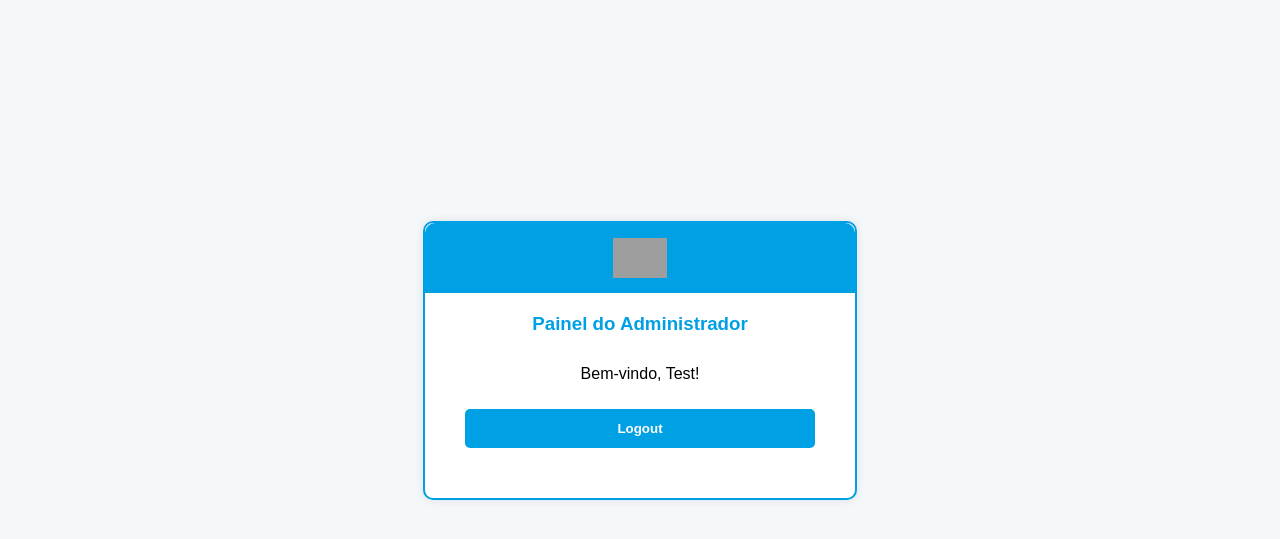
Repository: Guilherme-burle/Portal-do-Aluno-P2
Page: http://localhost/homeadm/
The author's editor kept a copy of each file at every save. The page is drawn from the files as they stood at one save, then again after the next save.
The browser window is 1280 px wide. The pictures show the whole page.
Pictures or frames that could not be fetched are drawn as grey boxes. The page is served by the project's application, run on Django 5.2 (PortaldoAluno/manage.py). A made-up administrator, testuser (Test User, test@example.com), is signed in. Other server files are loaded and not shown.

Above is the page before, as saved 2025-04-23 10:24:31.

### PortaldoAluno/Aplicativo/templates/homeadm.html
<!DOCTYPE html>
<html lang="pt-BR">
<head>
  <meta charset="UTF-8">
  <title>Home Administrador - Instituto Solidare</title>
  <style>
    body {
      font-family: Arial, sans-serif;
      background-color: #f5f8fa;
      margin: 0;
      padding: 0;
      display: flex;
      justify-content: center;
      align-items: center;
      height: 100vh;
    }

    .container {
      background-color: white;
      padding: 40px;
      border-radius: 10px;
      border: 2px solid #00a0e4;
      box-shadow: 0 0 10px rgba(0,0,0,0.1);
      text-align: center;
      width: 350px;
    }

    .logo {
      background-color: #00a0e4;
      padding: 15px;
      border-radius: 10px 10px 0 0;
      display: flex;
      justify-content: center;
      margin: -40px -40px 20px -40px;
    }

    .logo img {
      height: 40px;
    }

    h3 {
      color: #00a0e4;
      margin-bottom: 30px;
    }

    .btn {
      background-color: #00a0e4;
      color: white;
      border: none;
      padding: 12px;
      width: 100%;
      border-radius: 5px;
      cursor: pointer;
      font-weight: bold;
      margin: 10px 0;
    }

    .btn:hover {
      background-color: #007bbd;
    }
  </style>
</head>
<body>
  <div class="container">
    <div class="logo">
      <img src="https://institutosolidare.org.br/wp-content/uploads/2023/03/Instituto-Solidare.webp" alt="Logo Instituto Solidare">
    </div>
    <h3>Painel do Administrador</h3>
    {% if user.is_authenticated %}
  <p>Bem-vindo, {{ user.first_name }}!</p>
  <button class="btn" onclick="location.href='{% url 'logout' %}'">Logout</button>
{% endif %}
  </div>
</body>
</html>

### PortaldoAluno/Aplicativo/decorators.py
# Aplicativo/decorators.py
from django.shortcuts import redirect

def login_required(view_func):
    def wrapper(request, *args, **kwargs):
        if not request.user.is_authenticated:
            return redirect('login')  # ou o nome correto da sua rota de login
        return view_func(request, *args, **kwargs)
    return wrapper

### PortaldoAluno/Aplicativo/views.py
from django.contrib.auth import logout
from django.contrib.auth.models import User
from django.shortcuts import render, redirect, get_object_or_404
from django.contrib.auth import authenticate, login as auth_login
from .models import Aluno
from .decorators import login_required

def home(request):
    return render(request, 'home.html')

@login_required
def home_adm(request):
    alunos = Aluno.objects.all()
    return render(request, 'homeadm.html', {'alunos': alunos})


def cadastro(request):
    if request.method == 'POST':
        nome = request.POST.get('nome')
        email = request.POST.get('email')
        senha = request.POST.get('senha')
        is_admin = request.POST.get('is_admin') == 'on'

        print(f"Nome: {nome}")
        print(f"E-mail: {email}")
        print(f"Senha: {senha}")
        print(f"Administrador: {is_admin}")

        if User.objects.filter(email=email).exists():
            return render(request, 'cadastro.html', {'mensagem': 'E-mail já está em uso.'})

        try:
            user = User.objects.create_user(
                username=email,
                email=email,
                password=senha,
                first_name=nome,
                is_superuser=is_admin,
                is_staff=is_admin
            )
            user.save()

            print(f"Usuário {user.username} cadastrado com sucesso!")

            return redirect('login')

        except Exception as e:
            print(f"Erro ao criar o usuário: {e}")
            return render(request, 'cadastro.html', {
                'mensagem': 'Erro ao cadastrar o usuário. Tente novamente.',
                'tipo_mensagem': 'error'
            })

    return render(request, 'cadastro.html')

def login(request):
    if request.method == 'POST':
        username = request.POST.get('username')
        password = request.POST.get('password')

        print(f"Username: {username}, Password: {password}")
        user = authenticate(request, username=username, password=password)

        if user:
            print("Usuário autenticado!")
            auth_login(request, user)
            return redirect('homeadm') if user.is_staff else redirect('home')
        else:
            print("Credenciais inválidas")
            return render(request, 'login.html', {'erro': 'Credenciais inválidas'})

    return render(request, 'login.html')


def logout_view(request):
    logout(request)
    return redirect('home')


@login_required
def add_aluno(request):
    if request.method == 'POST':
        nome = request.POST.get('nome')
        idade = request.POST.get('idade')
        curso = request.POST.get('curso')
        endereco = request.POST.get('endereco')

        if not all([nome, idade, curso, endereco]):
            return render(request, 'add.html', {'erro': 'Todos os campos são obrigatórios'})

        Aluno.objects.create(
            nome=nome,
            idade=idade,
            curso=curso,
            endereco=endereco
        )
        return redirect('homeadm')

    return render(request, 'add.html')

@login_required
def excluir_aluno(request, aluno_id):
    aluno = get_object_or_404(Aluno, id=aluno_id)

    aluno.delete()
    messages.success(request, 'Aluno excluído com sucesso!')
    return redirect('homeadm')

### PortaldoAluno/projeto/urls.py
"""
URL configuration for portal project.

The `urlpatterns` list routes URLs to views. For more information please see:
    https://docs.djangoproject.com/en/5.2/topics/http/urls/
Examples:
Function views
    1. Add an import:  from my_app import views
    2. Add a URL to urlpatterns:  path('', views.home, name='home')
Class-based views
    1. Add an import:  from other_app.views import Home
    2. Add a URL to urlpatterns:  path('', Home.as_view(), name='home')
Including another URLconf
    1. Import the include() function: from django.urls import include, path
    2. Add a URL to urlpatterns:  path('blog/', include('blog.urls'))
"""
from django.contrib import admin
from django.urls import path, include

urlpatterns = [
    path('admin/', admin.site.urls),
    path('', include('Aplicativo.urls')),
]

### PortaldoAluno/Aplicativo/urls.py
from django.urls import path
from . import views

urlpatterns = [
    path('', views.home, name='home'),
    path('login/', views.login, name='login'),
    path('logout/', views.logout_view, name='logout'),
    path('cadastro/', views.cadastro, name='cadastro'),
    path('add/', views.add_aluno, name='add'),
    path('homeadm/', views.home_adm, name='homeadm'),
    path('excluir/<int:aluno_id>/', views.excluir_aluno, name='excluir'),
]

After the next save:
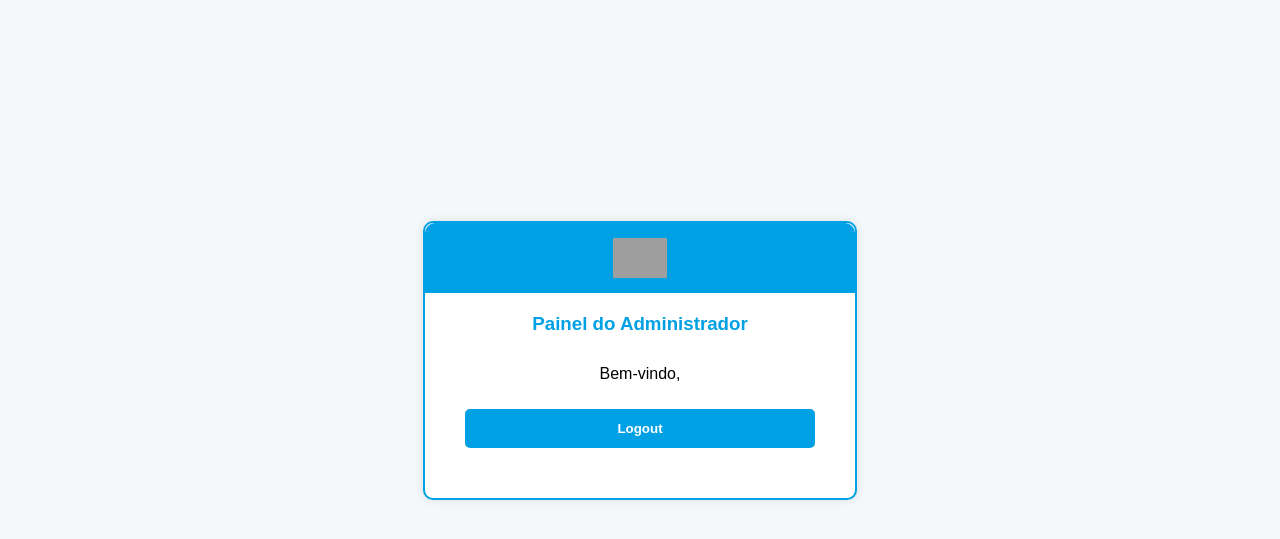
Saved 15 s later.
--- a/PortaldoAluno/Aplicativo/templates/homeadm.html
+++ b/PortaldoAluno/Aplicativo/templates/homeadm.html
@@ -67,7 +67,7 @@
     </div>
     <h3>Painel do Administrador</h3>
     {% if user.is_authenticated %}
-  <p>Bem-vindo, {{ user.first_name }}!</p>
+  <p>Bem-vindo, </p>
   <button class="btn" onclick="location.href='{% url 'logout' %}'">Logout</button>
 {% endif %}
   </div>

After the save that followed:
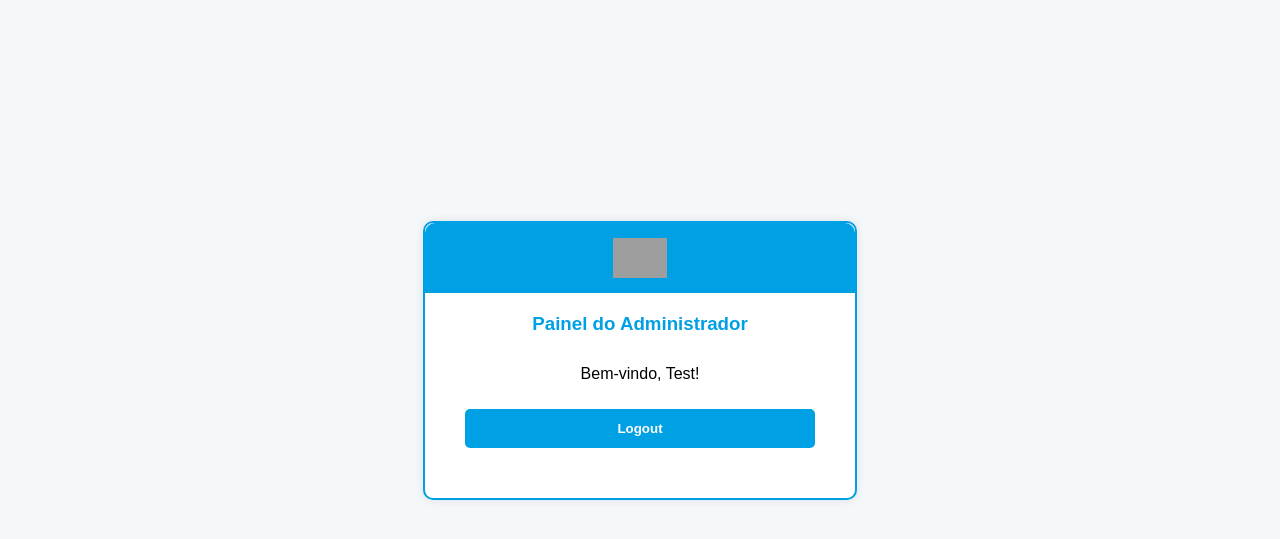
Saved 12 s later.
--- a/PortaldoAluno/Aplicativo/templates/homeadm.html
+++ b/PortaldoAluno/Aplicativo/templates/homeadm.html
@@ -67,7 +67,7 @@
     </div>
     <h3>Painel do Administrador</h3>
     {% if user.is_authenticated %}
-  <p>Bem-vindo, </p>
+  <p>Bem-vindo, {{ user.first_name|default:"usuário" }}!</p>
   <button class="btn" onclick="location.href='{% url 'logout' %}'">Logout</button>
 {% endif %}
   </div>
